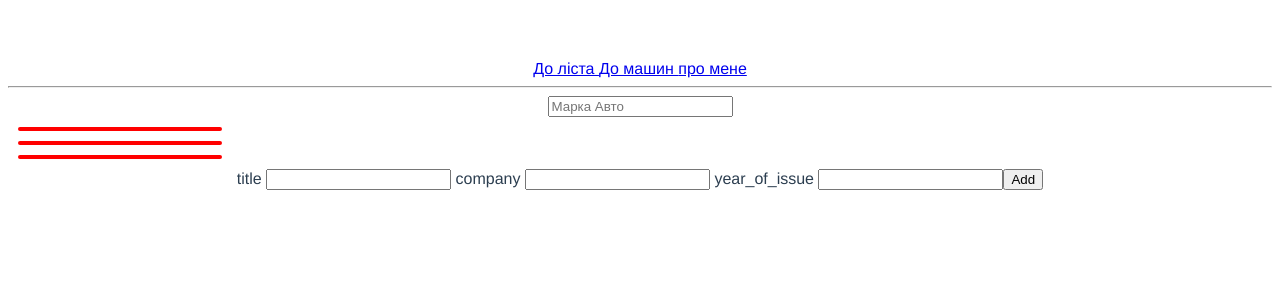
Repository: KYUUBI-K/Labs-from-2-course-
Page: /#/list (app in lab2(pharmacy)/)
The author's editor kept a copy of each file at every save. The page is drawn from the files as they stood at one save, then again after the next save.
The browser window is 1280 px wide. The pictures show the whole page.
The project was rebuilt for these pictures with package versions that can differ from the ones it lists, and the page was loaded fresh each time. Imported but missing from the stored project, and not drawn on this page: lab2(pharmacy)/src/pages/AboutCars.

Above is the page before, as saved 2021-12-21 13:42:26.

### lab2(pharmacy)/src/main.js
import Vue from 'vue'
import App from './App.vue'
import store from './state/index'
import VueRouter from 'vue-router';
import router from './router/index'

Vue.use(VueRouter);

Vue.config.productionTip = false

new Vue({
  store,
  router,
  render: (h) => h(App),
}).$mount('#app')

### lab2(pharmacy)/src/App.vue
<template>
  <div id="app">
    <router-link to="/list">До ліста </router-link>
    <router-link to="/AboutCars">До машин </router-link>
    <router-link to="/AboutMe">про мене </router-link>
    <hr />
    <router-view></router-view>
  </div>
</template>

<script>
export default {
  name: "App",
  components: {},
};
</script>

<style>
#app {
  font-family: Avenir, Helvetica, Arial, sans-serif;
  -webkit-font-smoothing: antialiased;
  -moz-osx-font-smoothing: grayscale;
  text-align: center;
  color: #2c3e50;
  margin-top: 60px;
}
</style>

### lab2(pharmacy)/src/state/index.js
import Vue from 'vue'
import Vuex from 'vuex'
import { v4 as uuidv4 } from 'uuid'
Vue.use(Vuex)

const store = new Vuex.Store({
  state: {
    search:"",
    taskList:[
        {
          id:1, title:'Шарова', company:'BMW',year_of_issue:2014
        },
        {
          id:2, title:'Тормозні діски', company:'Mercedes',year_of_issue:2017
        },
        {
          id:3, title:'Бензонасос', company:'Audi',year_of_issue:2021
        }
    ]
  },
  getters:{
      getTaskList:(state)=>state.taskList
  },
  mutations:{
    addNewTask(state, dataObj) {
      state.taskList.push({
        id: uuidv4(),
        ...dataObj,
      })
    },
  },
  actions:{
    addTask({ commit }, data) {
      commit('addNewTask', data)
    },
  }

})

export default store

### lab2(pharmacy)/src/router/index.js
import Vue from 'vue';
import VueRouter from 'vue-router';
import AboutCars from '../pages/AboutCars'
import Tasklist from '../components/Tasklist'
Vue.use(VueRouter);

export const router = new VueRouter({
    routes:[{
        path:'/Aboutcars',
        component:AboutCars,
        name:'AboutCars',
    },
    {
        path:'/list',
        component:Tasklist,
        name:'list',
    }
    ]

});
export default router

### lab2(pharmacy)/src/components/Tasklist/index.vue
<template>
  <div>
    <div>
      <input type="search" v-model="search" placeholder="Марка Авто" />
    </div>
    <task-item v-for="task in filterTask" :key="task.id" :task="task" />
    <div>
      <add-new-task />
    </div>
    <!-- <div><button @click="$router.push('/AboutCars')">AboutCars</button></div>
        <div><button @click="$router.push('/AboutMe')">AboutMe</button></div>  -->
  </div>
</template>

<script>
import TaskItem from "./TaskItem";
import AddNewTask from "@/components/AddNewTask";

import { mapGetters } from "vuex";
export default {
  data() {
    return {
      search: "",
    };
  },
  name: "TaskList",
  components: {
    TaskItem,
    AddNewTask,
  },
  computed: {
    ...mapGetters(["getTaskList"]),
    filterTask() {
      let list = [...this.getTaskList];
      if (this.search) {
        list = list.filter((item) => {
          return item.company.indexOf(this.search) > -1;
        });
      }
      return list;
    },
  },
};
</script>

<style lang="scss" scoped>
</style>

### lab2(pharmacy)/src/components/Tasklist/Taskitem/index.vue
<template>
  <div class="task">
    <div>{{ task.where_go }}</div>
    <div>{{ task.price }}</div>
    <div>{{ task.days }}</div>
  </div>
</template>

<script>
export default {
  name: "Taskitem",
  props: {
    task: {
      type: Object,
      default: () => ({}),
    },
  },
};
</script>

<style lang="css" scoped>
.task {
  width: 200px;
  border: 2px solid red;
  border-radius: 8px;
  margin: 10px;
}
</style>

### lab2(pharmacy)/src/components/AddNewTask/index.vue
<template>
  <div>
    <div>
      <label>
        title
        <input type="text" v-model="title" />
      </label>
      <label>
        company
        <input type="text" v-model.number="company" />
      </label>
      <label>
        year_of_issue
        <input type="number" v-model.number="year_of_issue" />
      </label>
      <button @click="onAdd">Add</button>
    </div>
  </div>
</template>

<script>
//1. Імпортуємо mapActions
import { mapActions } from "vuex";
export default {
  name: "AddNewTask",

  data() {
    return {
      title: null,
      company: null,
      year_of_issue: null,
    };
  },

  methods: {
    ...mapActions(["addTask"]),
    onAdd() {
      this.addTask({
        title: this.title,
        company: this.company,
        year_of_issue: this.year_of_issue,
      });
    },
  },
};
</script>

<style lang="scss" scoped>
</style>

Loaded but not shown: lab2(pharmacy)/public/index.html (common file)

After the next save:
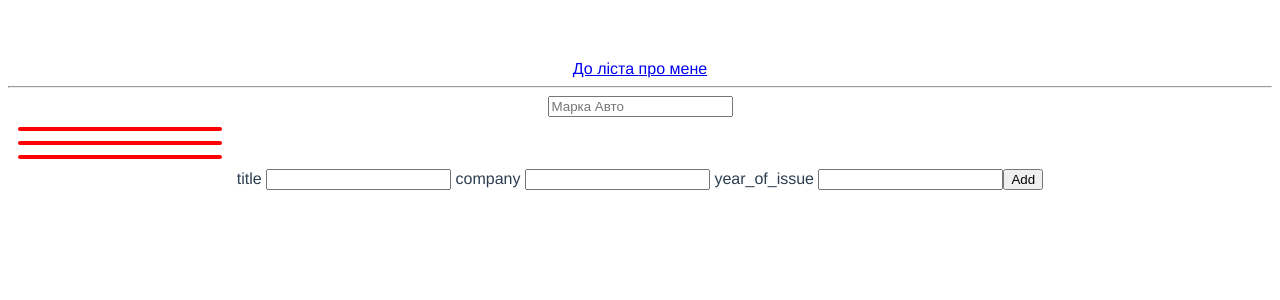
Saved 5 s later.
--- a/lab2(pharmacy)/src/App.vue
+++ b/lab2(pharmacy)/src/App.vue
@@ -1,7 +1,6 @@
 <template>
   <div id="app">
     <router-link to="/list">До ліста </router-link>
-    <router-link to="/AboutCars">До машин </router-link>
     <router-link to="/AboutMe">про мене </router-link>
     <hr />
     <router-view></router-view>
